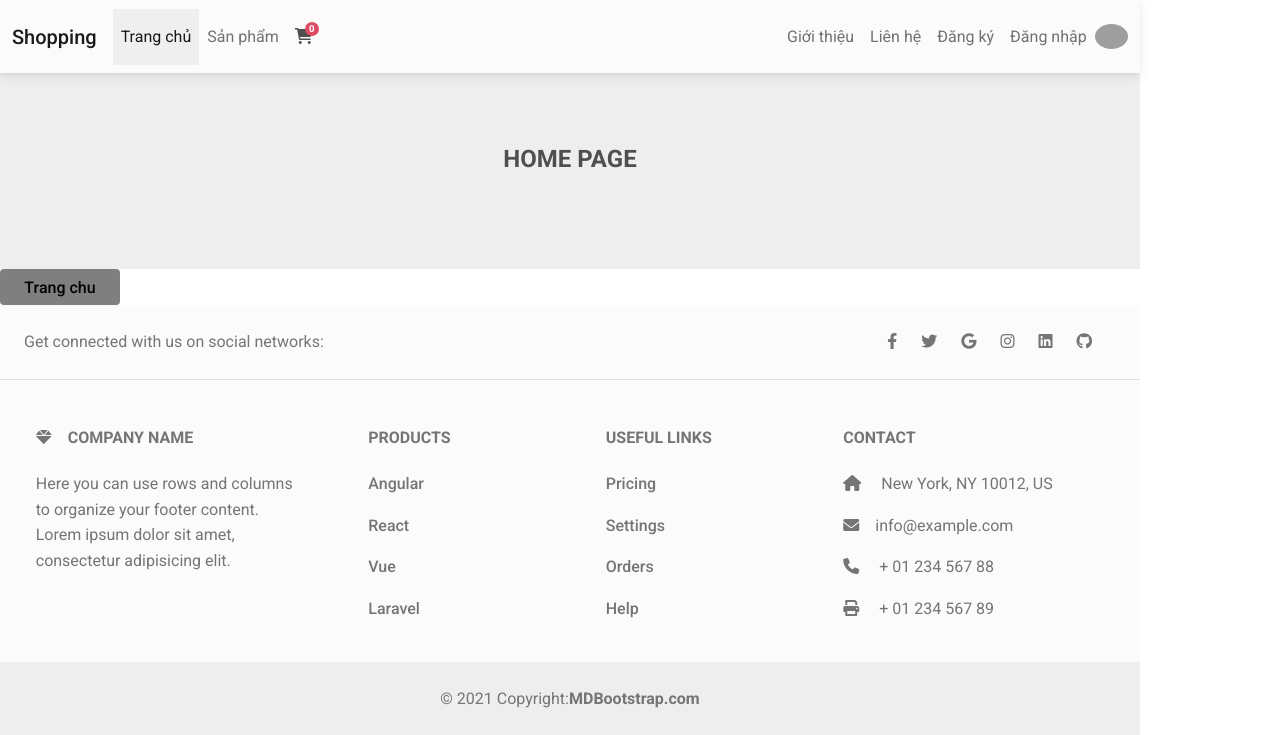
Repository: TinhTT336/MD02_Session10
Page: /
An editor plug-in stored every save of this project. The page is shown before and after the next save, followed by the edit.
The browser window is 1280 px wide. The pictures show the whole page.
Pictures or frames that could not be fetched are drawn as grey boxes. Some web libraries are served in a nearby version. The project was rebuilt for these pictures with package versions that can differ from the ones it lists, and the page was loaded fresh each time. Also part of the build but not shown: vite.config.js, src/common/formatMoney.js, src/actions/cartActions.js, src/pages/ListProduct.jsx, src/pages/Cart.jsx, src/components/base/backtop/backtop.css, src/components/base/backtop/BackToTop.jsx, src/pages/About.jsx and 4 more.

Above is the page before, as saved 2023-09-08 14:51:03.

After the next save:
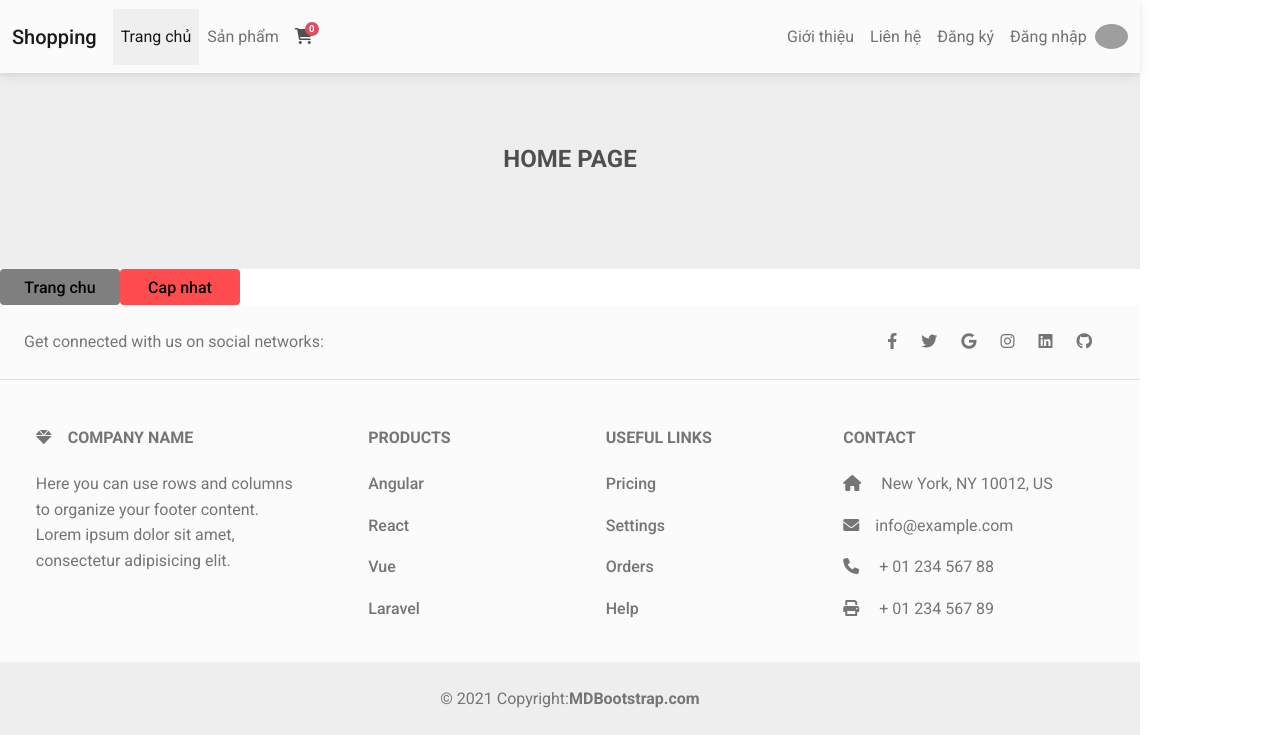
Saved 17 s later.
--- a/src/pages/Home.jsx
+++ b/src/pages/Home.jsx
@@ -15,7 +15,7 @@ export default function Home() {
                 </div>
             </section>
             <Button title={"Trang chu"} size={120} type={"primary"} />
-            {/* <Button title={"Cap nhat"} size={120} /> */}
+            <Button title={"Cap nhat"} size={120} type={"danger"} />
             <Footer />
         </div>
     )
